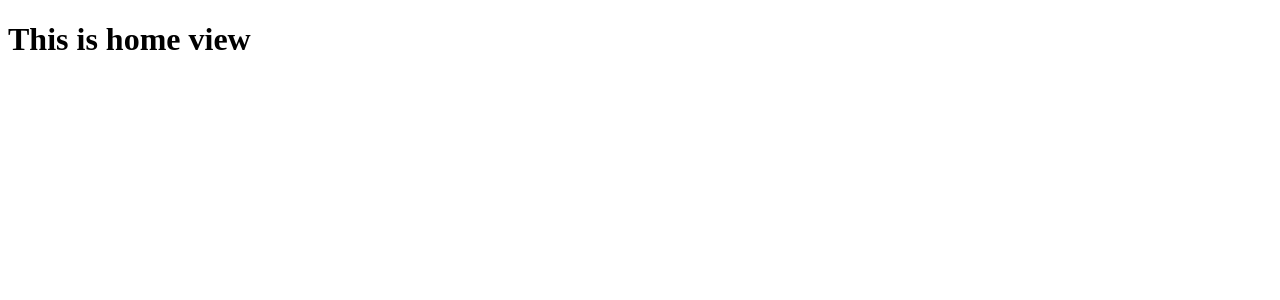
Repository: Teeticode/PHP-MVC-ARHITECTURE-TEMP
Page: http://localhost/
These files come from the project's save history. The page is drawn as it stood at one moment and after the next save; the edit follows.
The browser window is 1280 px wide. The pictures show the whole page.
The page is run by PHP 8.4 with error messages shown; the project is at /var/www/html/.

Above is the page before, as saved 2022-06-26 07:00:10.

After the next save:
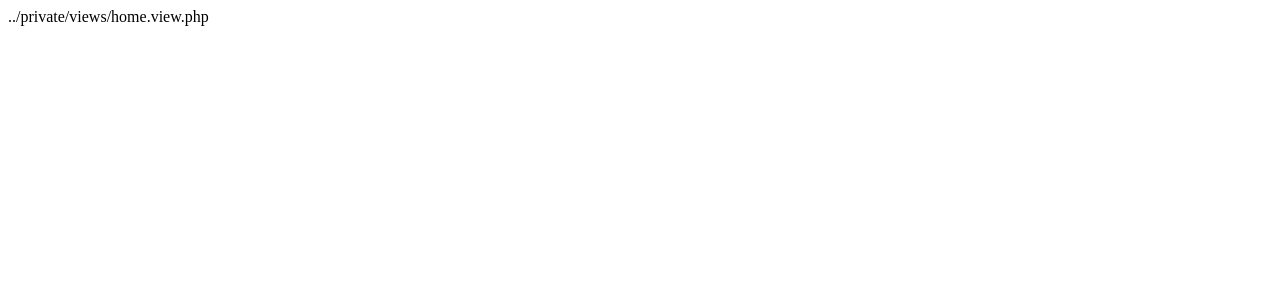
Saved 54 s later.
--- a/private/core/controller.php
+++ b/private/core/controller.php
@@ -11,9 +11,9 @@
             //code ...
             if(file_exists("../private/views/" . $view . ".view.php"))
             {
-                require("../private/views/" . $view . ".view.php");
+                return("../private/views/" . $view . ".view.php");
             }else{
-                require("../private/views/404.view.php");
+                return("../private/views/404.view.php");
             }
         }
     }

After the save that followed:
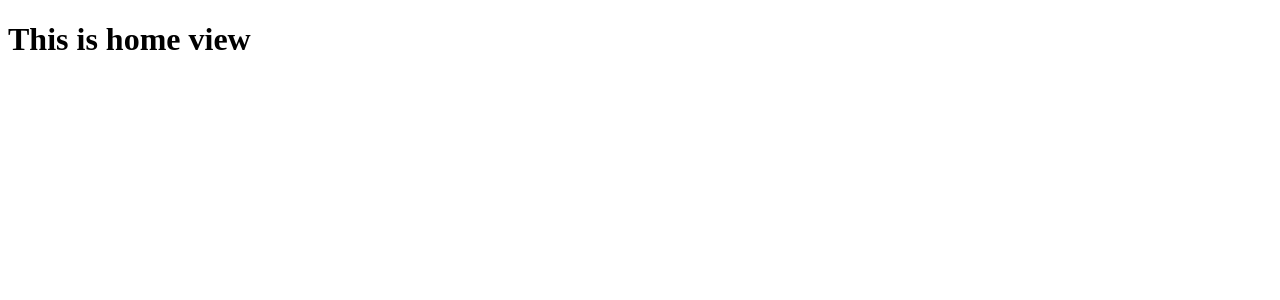
Saved 24 s later.
--- a/private/core/controller.php
+++ b/private/core/controller.php
@@ -11,9 +11,9 @@
             //code ...
             if(file_exists("../private/views/" . $view . ".view.php"))
             {
-                return("../private/views/" . $view . ".view.php");
+                return file_get_contents("../private/views/" . $view . ".view.php");
             }else{
-                return("../private/views/404.view.php");
+                return file_get_contents("../private/views/404.view.php");
             }
         }
     }
